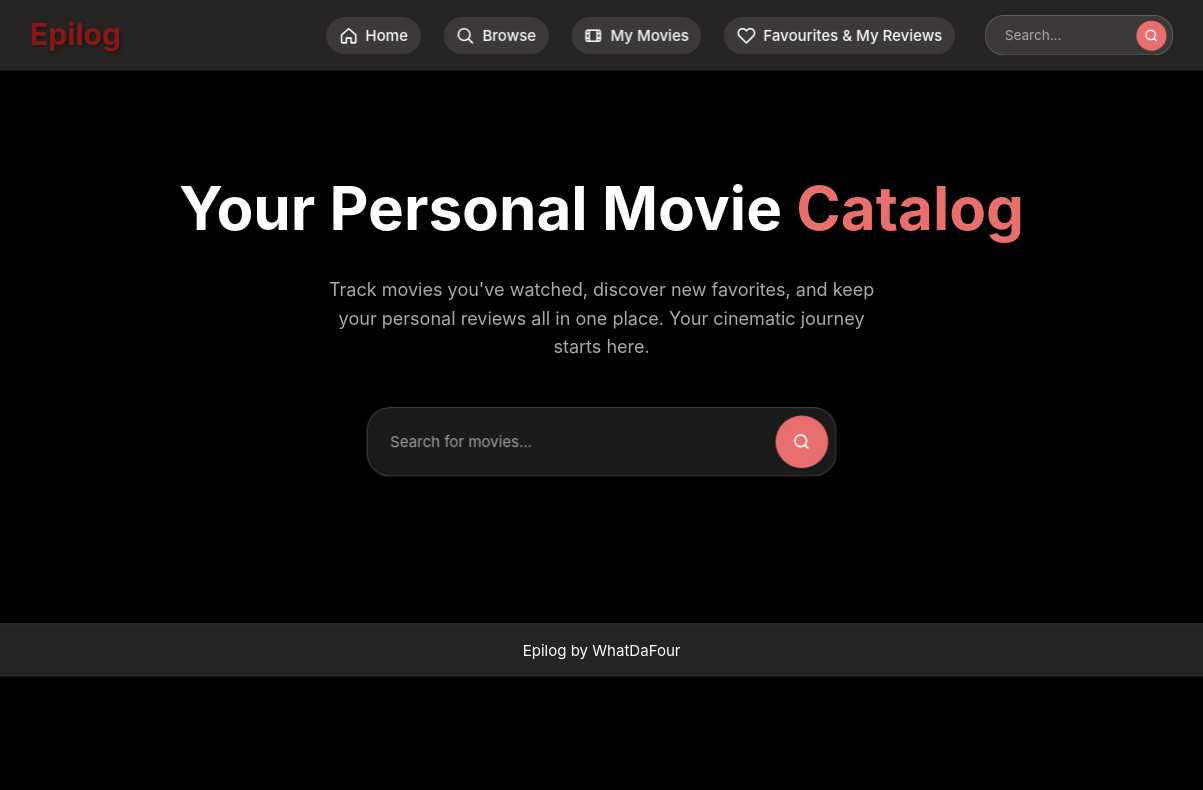
Repository: primcharlin/COMP3170_Epilog
Page: /
The author's editor kept a copy of each file at every save. The page is drawn from the files as they stood at one save, then again after the next save.
The browser window is 1280 px wide. The pictures show the whole page, at 94% of full size.
The project was rebuilt for these pictures with package versions that can differ from the ones it lists, and the page was loaded fresh each time. Also part of the build but not shown: vite.config.js, src/pages/Browse.jsx, src/components/Modal.jsx, src/components/AddMyMovie.jsx, src/components/EditMyMovie.jsx, src/components/DVDMovie.jsx, src/pages/MyMovies.jsx, src/pages/FavouritesReviews.jsx.

Above is the page before, as saved 2025-10-05 16:05:05.

After the next save:
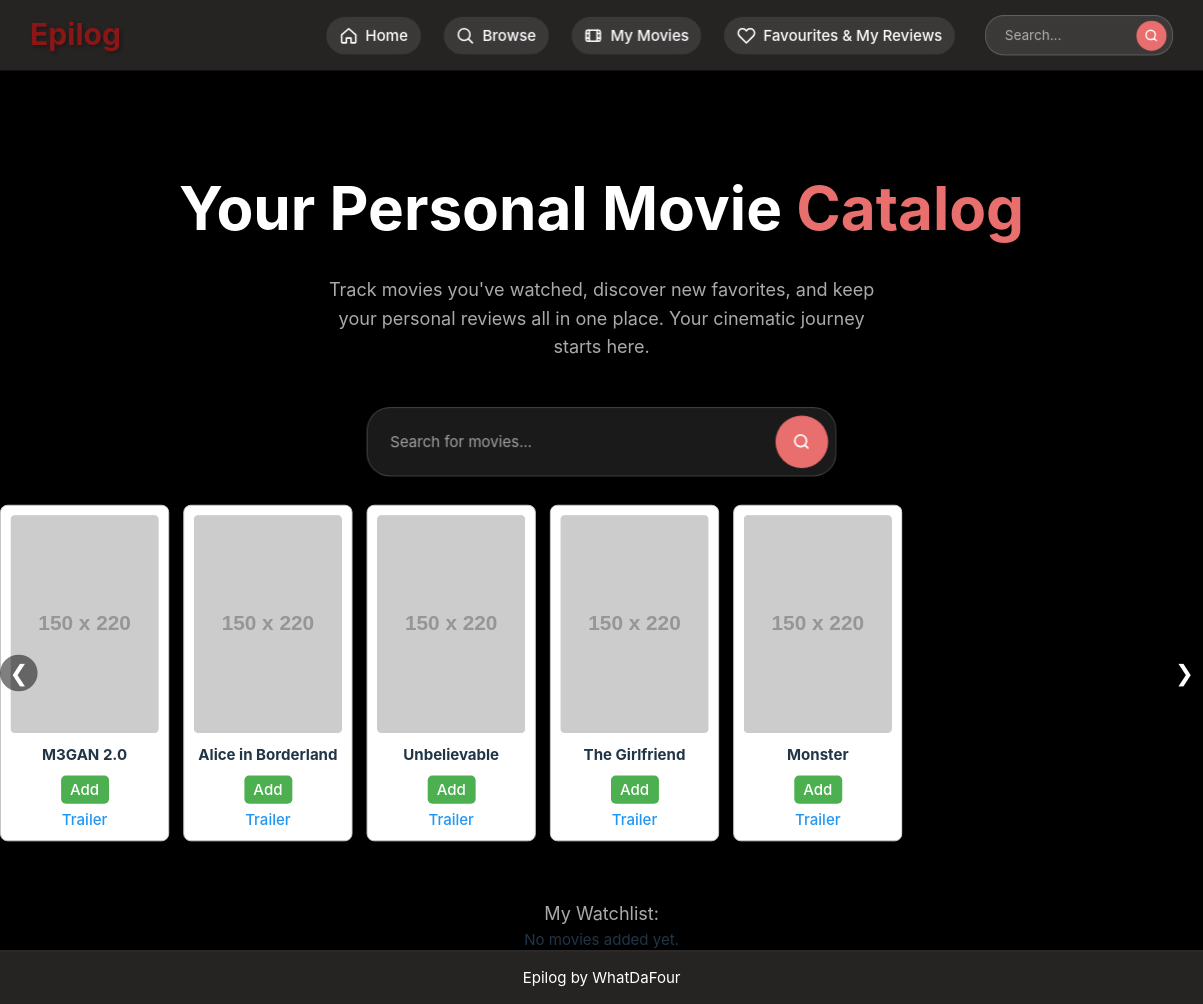
Saved 59 s later.
--- a/src/pages/Home.jsx
+++ b/src/pages/Home.jsx
@@ -1,7 +1,46 @@
-import React from "react";
+import React, { useState } from "react";
 import SearchBar from "../components/SearchBar";
+import MovieCarousel from "../components/MovieCarousel";
+
+const sampleMovies = [
+    {
+      title: "M3GAN 2.0",
+      image: "https://via.placeholder.com/150x220?text=Inception",
+      trailer: "https://www.youtube.com/watch?v=YoHD9XEInc0",
+    },
+    {
+      title: "Alice in Borderland",
+      image: "https://via.placeholder.com/150x220?text=Titanic",
+      trailer: "https://www.youtube.com/watch?v=kVrqfYjkTdQ",
+    },
+    {
+      title: "Unbelievable",
+      image: "https://via.placeholder.com/150x220?text=Avengers",
+      trailer: "https://www.youtube.com/watch?v=eOrNdBpGMv8",
+    },
+    {
+      title: "The Girlfriend",
+      image: "https://via.placeholder.com/150x220?text=Frozen",
+      trailer: "https://www.youtube.com/watch?v=TbQm5doF_Uc",
+    },
+    {
+      title: "Monster",
+      image: "https://via.placeholder.com/150x220?text=Joker",
+      trailer: "https://www.youtube.com/watch?v=zAGVQLHvwOY",
+    },
+  ];
+
 
 const Home = () => {
+    const [watchlist, setWatchlist] = useState([]);
+
+  // 點擊 Add 按鈕，把電影加入 watchlist
+  const handleAddToWatchlist = (movie) => {
+    // 防止重複加入
+    if (!watchlist.some((m) => m.title === movie.title)) {
+      setWatchlist((prev) => [...prev, movie]);
+    }
+  };
     return (
         <>
             <h1>
@@ -15,8 +54,22 @@
                 starts here.
             </h3>
             <SearchBar />
-        </>
-    );
+        {/* Movie Carousel 放在 SearchBar 後面 */}
+      <MovieCarousel movies={sampleMovies} onAdd={handleAddToWatchlist} />
+
+{/* Watchlist 顯示 */}
+<h3>My Watchlist:</h3>
+{watchlist.length === 0 ? (
+  <p>No movies added yet.</p>
+) : (
+  <ul>
+    {watchlist.map((movie, index) => (
+      <li key={index}>{movie.title}</li>
+    ))}
+  </ul>
+)}
+</>
+);
 };
 
 export default Home;
